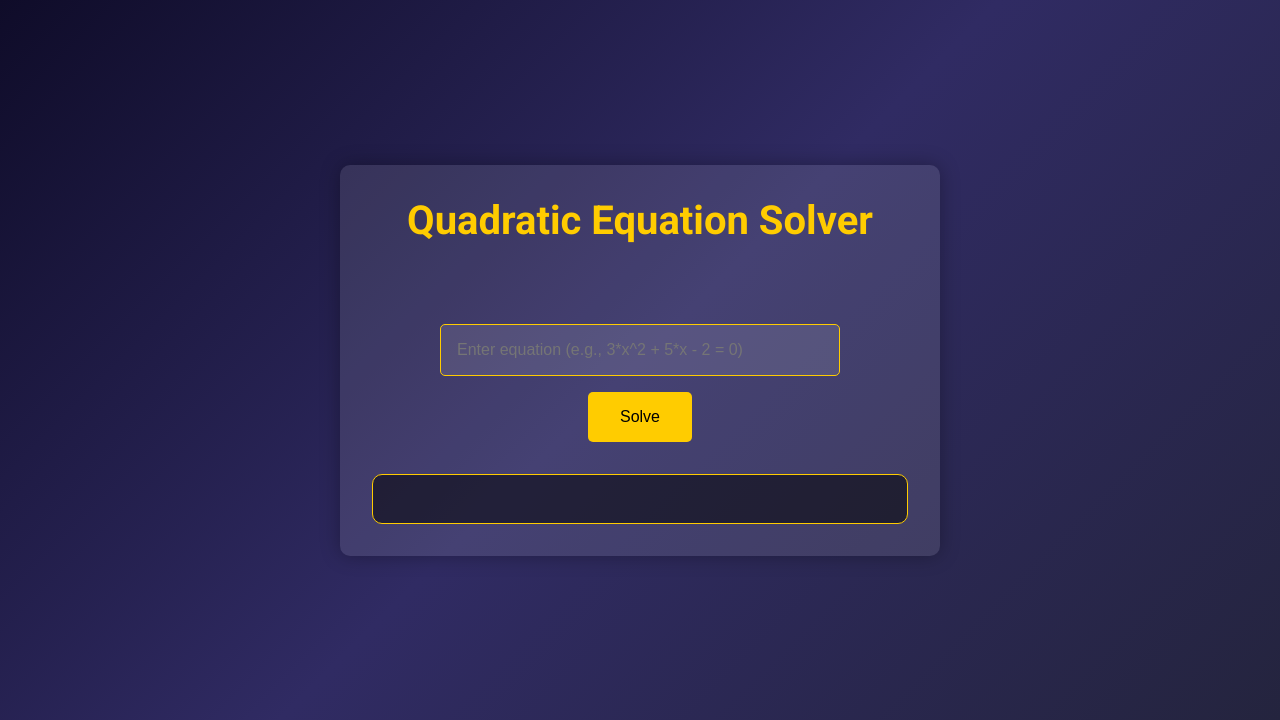
Repository: ngl-ankit/equation-solver
Page: index.html
These files come from the project's save history. The page is drawn as it stood at one moment and after the next save; the edit follows.
The browser window is 1280 px wide. The pictures show the whole page.

Above is the page before, as saved 2024-07-08 11:13:44.

After the next save:
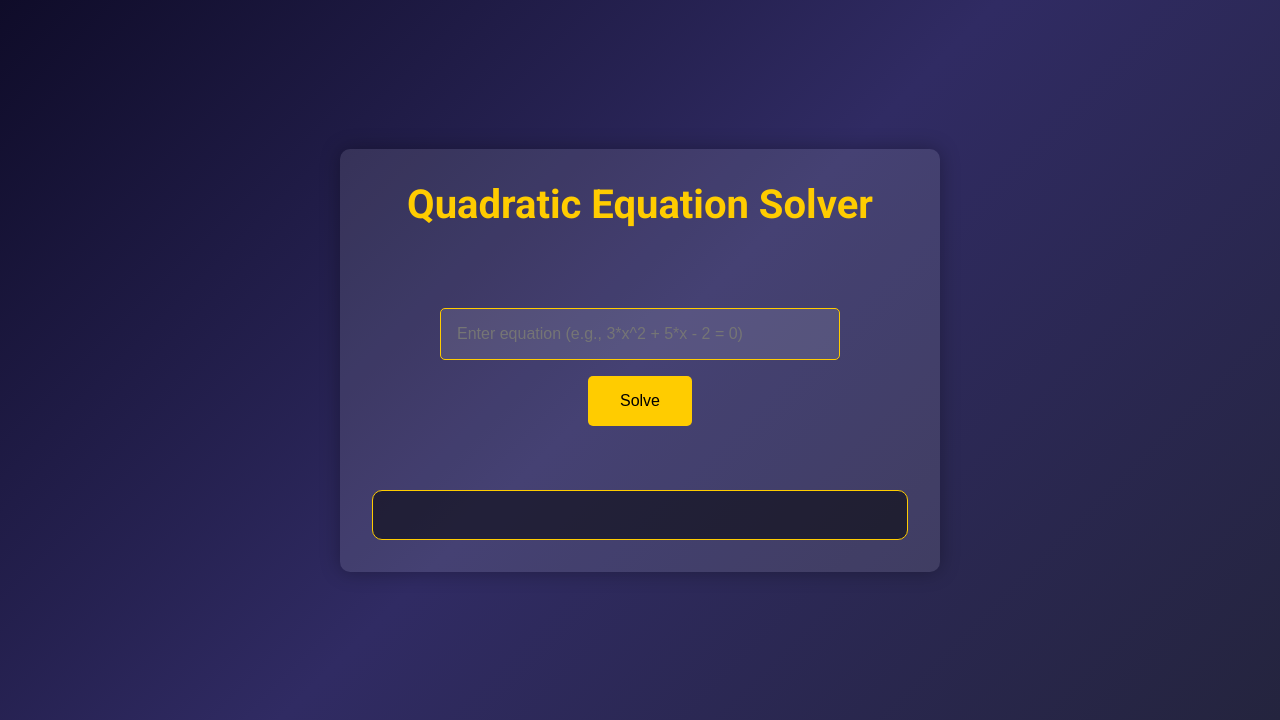
Saved 12 s later.
--- a/styles.css
+++ b/styles.css
@@ -33,7 +33,7 @@ h1 {
 }
 
 .form-container {
-  margin-bottom: 2rem;
+  margin-bottom: 4rem;
 }
 
 form {
